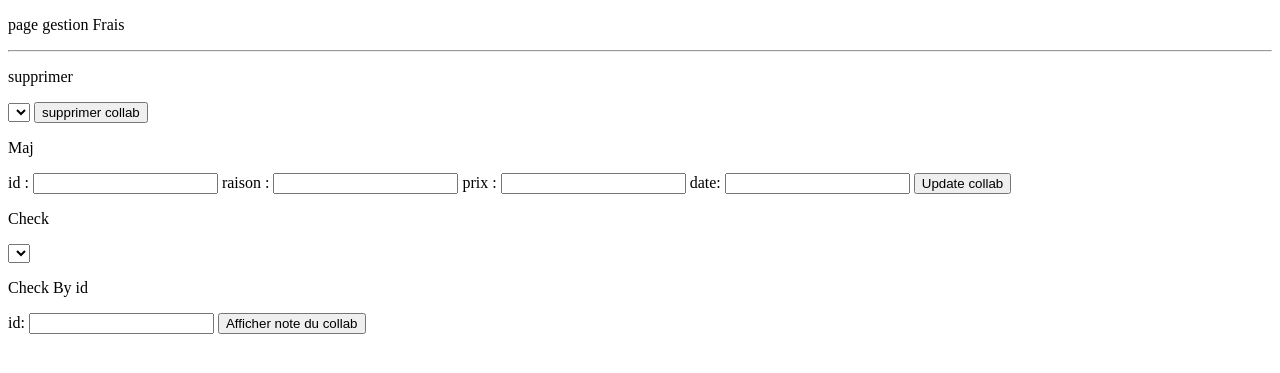
Repository: Shakibaei-2020/CRA_JEE_FINAL
Page: http://localhost/jee_crainfocom/WEB-INF/PageAdminGestionFrais.jsp
The author's editor kept a copy of each file at every save. The page is drawn from the files as they stood at one save, then again after the next save.
The browser window is 1280 px wide. The pictures show the whole page.
The page is served by Tomcat 9. Nobody is signed in. The template is opened directly, without the code that normally fills it, so the values that code supplies are empty.

Above is the page before, as saved 2021-04-08 10:56:54.

After the next save:
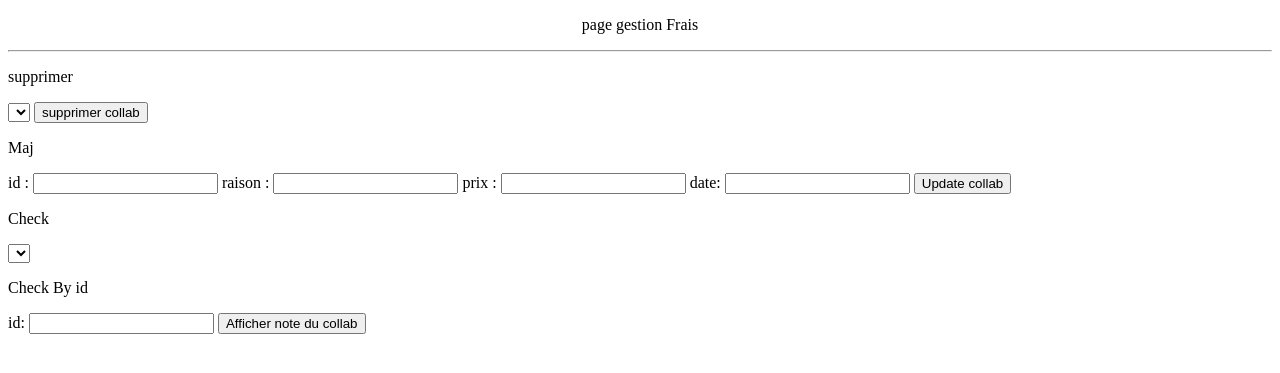
Saved 12 s later.
--- a/CRA_JEE_FINAL/jee_crainfocom/src/main/webapp/WEB-INF/PageAdminGestionFrais.jsp
+++ b/CRA_JEE_FINAL/jee_crainfocom/src/main/webapp/WEB-INF/PageAdminGestionFrais.jsp
@@ -7,7 +7,7 @@
 <title>Insert title here</title>
 </head>
 <body>
-<p>page gestion Frais</p>
+<center><p>page gestion Frais</p></center>
 <hr>
 <!-- ************************************************************************ -->
 
